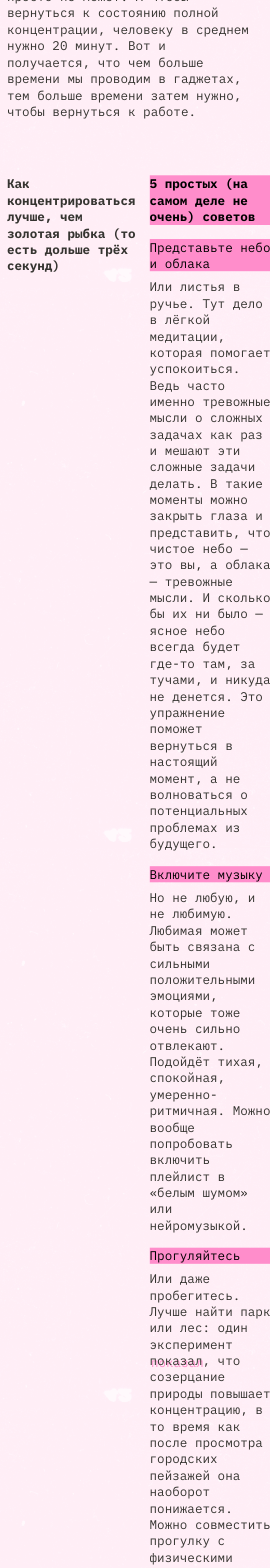
Repository: Hadoooouken/slozhno-sosredotochitsya
Page: index.html
The author's editor kept a copy of each file at every save. The page is drawn from the files as they stood at one save, then again after a run of saves.
The browser window is 375 px wide. The page is 386 px wide, then 375 px, then 386 px, so the pictures cover 386 px, including what lies to the right of the window. The pictures show the part of the page from y = 2789 to 5029 px (the page is 7621 px tall before and 6053 px after), at 70% of full size.
Backgrounds fixed to the window are drawn as part of the page.

Above is the page before, as saved 2024-01-24 21:51:24.

### index.html
<!DOCTYPE html>
<html lang="ru">
  <head>
    <meta charset="UTF-8" />
    <meta http-equiv="X-UA-Compatible" content="IE=edge" />
    <meta name="viewport" content="width=device-width, initial-scale=1.0" />
    <meta name="color-scheme" content="dark light" />
    <link rel="icon" href="images/favicon.svg" sizes="any" />
    <link rel="stylesheet" href="fonts/fonts.css" />
    <link rel="stylesheet" href="styles/globals.css" />
    <link rel="stylesheet" href="./styles/variables.css" />
    <link rel="stylesheet" href="scripts/script.js" />
    <link rel="stylesheet" href="./styles/style.css" />
    <link rel="stylesheet" href="./styles/dark.css" />
    <link rel="stylesheet" href="./styles/light.css" />
    <title>Сложно сосредоточиться</title>
  </head>
  <body class="page">
    <header class="header decorated-zone">
      <div class="decoration-element" aria-hidden="true"></div>
      <nav class="header__theme-menu">
        <ul class="header__theme-menu-list">
          <li class="header__theme-menu-item">
            <button
              class="header__theme-menu-button header__theme-menu-button_type_light"
            >
              День
            </button>
          </li>
          <li class="header__theme-menu-item">
            <button
              class="header__theme-menu-button header__theme-menu-button_active header__theme-menu-button_type_auto"
              disabled
            >
              Авто
            </button>
          </li>
          <li class="header__theme-menu-item">
            <button
              class="header__theme-menu-button header__theme-menu-button_type_dark"
            >
              Неон
            </button>
          </li>
        </ul>
      </nav>
      <h1 class="header__title">no focus</h1>
      <div class="header__text title_decor">
        <p>
          Что делать, когда не можешь делать ничего Или&nbsp;почему нам так
          сложно сконцентрироваться, особенно когда очень надо
        </p>
      </div>
    </header>
    <main class="main">
      <section class="section">
        <article class="focus__block">
          <h2 class="section__title">Почему сосредоточиться так сложно</h2>

          <div>
            <h2 class="section__sub-title title_decor">Многозадачность</h2>
            <p class="section__text">
              Особенно сложно сосредоточиться, когда задач много и все они —
              важные. Где же легендарная многозадачность, когда она так нужна
              вам (и всем нанимающим менеджерам этого мира)? А дело в том, что
              её просто не существует. Исследователи
              <a
                class="text__link"
                href="https://dana.org/article/multicosts-of-multitasking/"
                target="_blank"
                >выяснили</a
              >, что мозгу тяжело концентрироваться даже на двух делах
              одновременно. А когда в поле внимания попадает несколько важных
              задач, организм паникует и выделяет кортизол и адреналин —
              «гормоны стресса». Из-за этого мы работаем невнимательно:
              ошибаемся и быстро устаём.
            </p>
            <h2 class="section__sub-title title_decor">Дофамин</h2>
            <p class="section__text">
              С гормонами стресса всё понятно, но дальше — ещё интереснее. В
              нашей невозможности сосредоточиться замешана и полная
              противоположность стрессу — дофамин. Это вещество участвует в
              системе вознаграждения мозга. Причём тут он? Мы часто отвлекаемся
              от важной задачи на что-то более «приятное» для мозгов. Например,
              смотрим лайки в соцсетях. В это время и выделяется дофамин — и мы
              чувствуем удовольствие. Получается замкнутый круг: чем больше
              отвлекаешься, тем больше удовольствия получаешь.
            </p>
          </div>
        </article>
      </section>
      <section class="section">
        <article class="concentration__block">
          <div class="concentration">
            <h2 class="section__title">Что снижает концентрацию внимания?</h2>
          </div>

          <div class="multitasking">
            <h2 class="section__sub-title title_decor">Многозадачность</h2>
            <p class="section__text">
              Как концентрация может снижаться из-за… концентрации? Любая
              стрессовая ситуация (и резко меняющийся мир в целом) заставляет
              наш мозг постоянно «сканировать» окружающую среду на предмет
              опасности. Например, читать новости вместо работы. Но быть
              собранными всё время — невозможно. Концентрация — мышца, и она
              может не выдержать, если не давать ей отдохнуть.
            </p>
          </div>
          <div class="eat">
            <h2 class="section__sub-title title_decor">Еда</h2>
            <p class="section__text">
              «Быстрые углеводы» — сахар, белый хлеб, сладости — молниеносно
              доставляют в мозг энергию и помогают ему лучше работать. Но уходит
              эта энергия также быстро, как и приходит. А мы в результате
              попадаем на «углеводные качели»: как только действие «быстрых
              углеводов» заканчивается, мы чувствуем усталость и сонливость. И
              хотим ещё больше быстрых углеводов.
            </p>
          </div>
          <div class="gadgets">
            <h2 class="section__sub-title title_decor">Гаджеты</h2>
            <p class="section__text">
              Да-да, это та самая ситуация, когда на экране ноутбука — код, в
              наушниках — подкаст, а на компьютере фоном — ещё и видео с
              забавными утятами. В результате мозг пытается переключиться с
              одной задачи на другую — и просто не может. А чтобы вернуться к
              состоянию полной концентрации, человеку в среднем нужно 20 минут.
              Вот и получается, что чем больше времени мы проводим в гаджетах,
              тем больше времени затем нужно, чтобы вернуться к работе.
            </p>
          </div>
        </article>
      </section>
      <section class="section">
        <article class="how__block">
          <h2 class="section__title">
            Как концентрироваться лучше, чем золотая рыбка (то есть дольше трёх
            секунд)
          </h2>
          <div>
            <h2 class="concentration__title title_decor">
              5 простых (на самом деле не очень) советов
            </h2>
            <h2 class="concentration__sub-title title_decor">
              Представьте небо и облака
            </h2>
            <p class="concentration__text">
              Или листья в ручье. Тут дело в лёгкой медитации, которая помогает
              успокоиться. Ведь часто именно тревожные мысли о сложных задачах
              как раз и мешают эти сложные задачи делать. В такие моменты можно
              закрыть глаза и представить, что чистое небо — это вы, а облака —
              тревожные мысли. И сколько бы их ни было — ясное небо всегда будет
              где-то там, за тучами, и никуда не денется. Это упражнение поможет
              вернуться в настоящий момент, а не волноваться о потенциальных
              проблемах из будущего.
            </p>
            <h2 class="concentration__sub-title title_decor">
              Включите музыку
            </h2>
            <p class="concentration__text">
              Но не любую, и не любимую. Любимая может быть связана с сильными
              положительными эмоциями, которые тоже очень сильно отвлекают.
              Подойдёт тихая, спокойная, умеренно-ритмичная. Можно вообще
              попробовать включить плейлист в «белым шумом» или нейромузыкой.
            </p>
            <h2 class="concentration__sub-title title_decor">Прогуляйтесь</h2>
            <p class="concentration__text">
              Или даже пробегитесь. Лучше найти парк или лес: один эксперимент
              <a
                class="text__link"
                href="https://www.sciencedirect.com/science/article/abs/pii/S0272494415000328"
                target="_blank"
                >показал</a
              >, что созерцание природы повышает концентрацию, в то время как
              после просмотра городских пейзажей она наоборот понижается. Можно
              совместить прогулку с физическими упражнениями или бегом — так в
              мозг поступит ещё больше кислорода и он будет лучше работать. Но и
              простая двадцатиминутная прогулка — тоже отличный вариант.
            </p>
            <h2 class="concentration__sub-title title_decor">Хорошо ешьте</h2>
            <p class="concentration__text">
              Мы — не ваша бабушка, но это правда важно. Выбирайте продукты,
              которые препятствуют резким скачкам сахара в крови. Например, с
              высоким содержанием клетчатки: овощи, ягоды, бобовые (нут,
              чечевица, фасоль), коричневый рис, хлеб из цельнозерновой пшеницы.
            </p>
            <h2 class="concentration__sub-title title_decor">Читайте</h2>
            <p class="concentration__text">
              Настоящие бумажные книги. Это правда помогает с концентрацией:
              чтобы прочитать пост в соцсети, достаточно нескольких минут или
              даже секунд. А вот интересная книга способна затянуть и на
              несколько часов и круто тренирует направленное внимание.
            </p>
          </div>
        </article>
      </section>
      <section class="gallery__section section">
        <h2 class="gallery__title section__sub-title title_decor">
          А можно в картинках?
        </h2>
        <ul class="gallery__list">
          <li class="galery__list-item sunset">
            <img
              class="galery__img"
              loading="lazy"
              src="./images/sunset.png"
              alt="закат"
            />
          </li>
          <li class="galery__list-item ice-cream">
            <img
              class="galery__img"
              loading="lazy"
              src="./images/ice-cream.png"
              alt="мороженное"
            />
          </li>
          <li class="galery__list-item tape">
            <img
              class="galery__img"
              loading="lazy"
              src="./images/tape.png"
              alt="кассеты"
            />
          </li>
          <li class="galery__list-item books">
            <img
              class="galery__img"
              loading="lazy"
              src="./images/books.png"
              alt="книги"
            />
          </li>
          <li class="galery__list-item street">
            <img
              class="galery__img"
              loading="lazy"
              src="./images/street.png"
              alt="улица"
            />
          </li>
        </ul>
      </section>
    </main>
    <footer class="footer">
      <div class="decorated-zone"></div>
      <h2 class="footer__title">focus</h2>
    </footer>

    <script src="./scripts/script.js"></script>
  </body>
</html>

### styles/variables.css
:root {
  /*
  Переменные для вашего проекта
  и их переопределение под различные устройства
*/

  ---button-color: #ff0070;
  --decoration-element: #ff0070;
  --background-image: url(/images/cover-image-dark.png);
  --hover-color: rgb(255 0 112 / 0.4);
  --main-font: "IBM Plex mono" sans-serif;
  --focus-color: #ff0070;
  --main-title: #DB00FF;
  --sub-title-color: #000028;
  --backgroundg-sub-title: #FF0070;
  --title-color: #ff0070;
  --text-color: #f1b2ce;
  --bg-color: #000028;
  --link-color: #ff0070;
  --link-status:#F1B2CE;
  --shadow-color:#ff0070;


}

### scripts/script.js
const themeButtons = document.querySelectorAll('.header__theme-menu-button');

themeButtons.forEach((button) => {
  button.addEventListener('click', () => {
    themeButtons.forEach((btn) => {
      btn.classList.remove('header__theme-menu-button_active');
      btn.removeAttribute('disabled');
    });
    if (
      [...button.classList].includes('header__theme-menu-button_type_light')
    ) {
      changeTheme('light');
    } else if (
      [...button.classList].includes('header__theme-menu-button_type_dark')
    ) {
      changeTheme('dark');
    } else {
      changeTheme('auto');
    }
    button.classList.add('header__theme-menu-button_active');
    button.setAttribute('disabled', true);
  });
});

function changeTheme(theme) {
  document.body.className = 'page';
  document.body.classList.add(`theme_${theme}`);
  localStorage.setItem('theme', theme);
}

function initTheme() {
  const theme = localStorage.getItem('theme');
  if (theme) {
    changeTheme(theme);
    themeButtons.forEach((btn) => {
      btn.classList.remove('header__theme-menu-button_active');
      btn.removeAttribute('disabled');
    });
    document
      .querySelector(`.header__theme-menu-button_type_${theme}`)
      .classList.add('header__theme-menu-button_active');
    document
      .querySelector(`.header__theme-menu-button_type_${theme}`)
      .setAttribute('disabled', true);
  }
}

initTheme();

### styles/style.css
/* Основные стили проекта. Это стили для темы, которую вы верстаете первой. */

.page {
  /* сохраните в разметке и стилях класс page. На его основе работает скрипт. */

  background-color: var(--bg-color);
  background-image: var(--background-image);
  background-attachment: fixed;
  background-position: center;
  background-size: cover;
  font-family: "IBM Plex mono";
  font-size: 18px;
}
.section {
  padding: 0px 20px;
}

.header {
  position: relative;
  block-size: 100vh;
  min-block-size: 375px;
  padding: 20px;
  display: grid;
  grid-template-rows: 1fr min-content 1fr;
  justify-items: start;
}

.decorated-zone::before {
  content: "";
  position: absolute;
  border-block-start: 1px solid var(--decoration-element);
  border-inline-end: 1px solid var(--decoration-element);
  right: 20px;
  top: 20px;
  width: 25px;
  height: 25px;
}

.decorated-zone::after {
  content: "";
  position: absolute;
  border-block-end: 1px solid var(--decoration-element);
  border-inline-start: 1px solid var(--decoration-element);
  left: 20px;
  bottom: 20px;
  width: 25px;
  height: 25px;
}
.decoration-element {
  position: absolute;
  right: 48px;
  top: 21px;
}

.decoration-element::before {
  content: "REC";
  color: var(--decoration-element);
  font-family: inherit;
  display: inline-block;
}

.decoration-element::after {
  content: "";
  background-color: var(--decoration-element);
  width: 9px;
  height: 9px;
  border-radius: 50%;
  display: inline-block;
  box-shadow: 0px 0px 4px 2px var(--decoration-element);
  top: 6px;
  left: 42px;
  position: absolute;
}

.header__title {
  font-family: var(--main-font);
  font-size: clamp(7.5rem, 0.5625rem + 14.4531vw, 9.8125rem);
  color: var(--main-title);
  line-height: 82.5%;
  text-shadow: 4px 4px 0 var(--shadow-color);
  margin-inline-start: -20px;
}

.header__theme-menu {
  justify-self: center;
}

.header__text {
  font-size: 18px;
  justify-self: end;
  max-width: 491px;
  align-self: center;
  font-weight: 700;
  color: var(--sub-title-color);
  line-height: 23.4px;
}

.title_decor {
  background-color: var(--backgroundg-sub-title);
}

.header__theme-menu-list {
  display: flex;
  justify-content: center;
  gap: 10px;
}

.header__theme-menu-button {
  background-color: transparent;
  color: var(--button-color);
  border: none;
  text-transform: lowercase;
  line-height: 18px;
  padding: 2px 13px;
  cursor: pointer;
}

.header__theme-menu-button:focus {
  outline: none;
}

.header__theme-menu-button:focus-visible {
  text-decoration: underline;
  outline: none;
  color: var(--focus-color);
}

.header__theme-menu-button:hover {
  outline: 1px solid var(--hover-color);
}

.header__theme-menu-button_active {
  pointer-events: none;
  outline: 1px solid var(--button-color);
}

.main {
  padding-top: 60px;
}

.focus__block {
  display: grid;
  grid-template-columns: 1fr 2fr;
  gap: 10px;
}

.section__title {
  font-weight: 700;
  color: var(--title-color);
  font-size: inherit;
  line-height: 23.4px;
}

.section__sub-title {
  font-size: inherit;
  line-height: 23.4px;
  margin-block-end: 10px;
  font-weight: 700;
}

.section__text {
  font-size: inherit;
  line-height: 23.4px;
  color: var(--text-color);
  font-weight: 400;
  margin-block-end: 20px;
}
.section__text:last-child {
  margin-block-end: 0px;
}

.text__link {
  text-decoration: none;
  cursor: pointer;
  text-shadow: 2px 2px 0 var(--link-color);
}

.text__link:hover {
  border-bottom: 1px solid var(--link-status);
}

.text__link:focus {
  outline: none;
}

.text__link:focus-visible {
  outline: 1px solid var(--link-status);
  outline-offset: 0px;
}

.concentration__block {
  padding-top: 80px;
  display: grid;
  grid-template-columns: repeat(3, 1fr);
  grid-template-rows: repeat(2, min-content);
  grid-column-gap: 20px;
  grid-row-gap: 20px;
  grid-template-areas:
    "concentration . ."
    "multitasking eat gadgets";
}

.concentration {
  grid-area: concentration;
}

.multitasking {
  grid-area: multitasking;
}
.eat {
  grid-area: eat;
}

.gadgets {
  grid-area: gadgets;
}

.how__block {
  padding-top: 80px;
  display: grid;
  grid-template-columns: 1fr 2fr;
  grid-column-gap: 10px;
}

.concentration__title {
  font-size: inherit;
  line-height: 23.4px;
  margin-block-end: 20px;
  font-weight: 700;
}

.concentration__sub-title {
  font-weight: 400;
  font-size: inherit;
  line-height: 23.4px;
  margin-block-end: 10px;
}

.concentration__text {
  font-size: inherit;
  line-height: 23.4px;
  color: var(--text-color);
  font-weight: 400;
  margin-block-end: 20px;
}

.concentration__text:last-child {
  margin-block-end: 0px;
}

.gallery__section {
  padding-top: 80px;
}

.gallery__list {
  margin-block-start: 20px;
  margin-block-end: 60px;
  display: grid;
  grid-template-columns: repeat(3, 1fr);
  grid-template-rows: 260px 315px 428px;
  grid-column-gap: 20px;
  grid-row-gap: 22px;
  grid-template-areas:
    "sunset sunset ice-cream"
    "tape books ice-cream"
    "tape street street";
}

.galery__img {
  block-size: 100%;
  object-fit: cover;
  object-position: center;
  inline-size: 100%;
}

.sunset {
  grid-area: sunset;
}
.ice-cream {
  grid-area: ice-cream;
}
.tape {
  grid-area: tape;
}
.books {
  grid-area: books;
}
.street {
  grid-area: street;
}

.footer {
  display: flex;
  justify-content: center;
  align-items: center;
  block-size: 100vh;
  min-block-size: 375px;
  padding: 20px;
  position: relative;
}

.footer__title {
  font-family: var(--main-font);
  font-size: clamp(7.5rem, 0.5625rem + 14.4531vw, 9.8125rem);
  color: var(--main-title);
  line-height: 82.5%;
  text-shadow: 2px 2px 0px var(--shadow-color);
}

@media (max-width: 768px) {
  .header__theme-menu-list {
    display: flex;
    flex-direction: column;
  }
  .header__theme-menu {
    justify-self: end;
    align-self: center;
    display: block;
  }
  .header__theme-menu-button {
    padding: 4px 13px;
  }
  .header__text {
    max-width: 364px;
    justify-items: center; /*хз что тут*/
  }
  .focus__block {
    gap: 20px;
  }
  .section__title {
    max-width: 236px;
  }
  .concentration__block {
    grid-template-columns: none;

    grid-template-areas:
      "concentration"
      "multitasking"
      "eat"
      "gadgets";
  }
  .how__block {
    grid-column-gap: 20px;
  }
  .gallery__list {
    grid-template-rows: auto;
    grid-row-gap: 15px;
    grid-column-gap: 23px;
  }
}

@media (max-width: 375px) {
  .header {
    padding: 10px;
  }

  .decorated-zone::before {
    right: 11px;
    top: 11px;
  }
  .section {
    padding: 0 10px;
  }

  .decorated-zone::after {
    left: 11px;
    bottom: 11px;
  }

  .decoration-element {
    right: 38px;
    top: 12px;
  }

  .header__title {
    margin: 0;
  }
  .header__theme-menu-button {
    padding: 4px 18px;
  }

  .header__theme-menu-button:hover {
    outline-offset: -1px;
  }

  .header__theme-menu-button_active {
    outline-offset: -1px;
  }

  .header__text {
    max-width: 355px;
    justify-items: start; /*хз что тут*/
  }
  .main {
    padding-top: 40px;
  }
  .focus__block {
    display: grid;
    grid-template-rows: 1fr;
    grid-template-columns: 355px;
  }
  .section__title {
    max-width: 355px;
  }

  .concentration__block {
    padding-top: 50px
  }

  .how__block {

  }
}

### styles/dark.css
/*
  Специально для тёмной темы при наличии класса,
  здесь окажутся стили, которые нужно переопределить принудительно,
  переключая тему
*/

.page.theme_dark {
  /* сохраните этот селектор в приведённом виде.
    Так стили написанные ниже будут иметь больший вес,
    чем стили в медиазапросе предпочтений пользователя
  */
  --button-color: #ff0070;
  --decoration-element: #ff0070;
  --background-image: url(/images/cover-image-dark.png);
  --hover-color: rgb(255 0 112 / 0.4);
  --main-font: "IBM Plex mono" sans-serif;
  --focus-color: #ff0070;
  --main-title: #DB00FF;
  --sub-title-color: #000028;
  --backgroundg-sub-title: #FF0070;
  --title-color: #ff0070;
  --text-color: #f1b2ce;
  --bg-color: #000028;
  --link-color: #ff0070;
  --link-status:#F1B2CE;
  --shadow-color:#ff0070;

}

### styles/light.css
/*
  Специально для светлой темы при наличии класса.
  Здесь окажутся стили, которые нужно переопределить принудительно,
  переключая тему
*/

.page.theme_light {
  /* сохраните этот селектор в приведённом виде.
    Так стили написанные ниже будут иметь больший вес,
    чем стили в медиазапросе предпочтений пользователя
  */
  --button-color: #353430;
  --decoration-element: #353430;
  --background-image: url(/images/cover-image-light.png);
  --hover-color: rgb(50 49 45 / 0.4);
  --main-font: "IBM Plex mono" sans-serif;
  --focus-color: #353430;
  --main-title: #ffc2e6;
  --sub-title-color: #353430;
  --backgroundg-sub-title: #ff8dcb;
  --title-color: #353430;
  --text-color: #353430;
  --bg-color: #fff1f7;
  --link-color: #ff8dcb;
  --link-status: #353430;
  --shadow-color: #ff0070;
}

@media (prefers-color-scheme: light) {
  :root {
    --button-color: #353430;
    --decoration-element: #353430;
    --background-image: url(/images/cover-image-light.png);
    --hover-color: rgb(50 49 45 / 0.4);
    --main-font: "IBM Plex mono" sans-serif;
    --focus-color: #353430;
    --main-title: #ffc2e6;
    --sub-title-color: #353430;
    --backgroundg-sub-title: #ff8dcb;
    --title-color: #353430;
    --text-color: #353430;
    --bg-color: #fff1f7;
    --link-color: #ff8dcb;
    --link-status: #353430;
    --shadow-color: #ff0070;
  }
  .theme_light .decoration-element {
    display: none;
  }
}

.theme_auto .decoration-element {
  display: none;
}

Loaded but not shown: fonts/fonts.css (common file); styles/globals.css (common file)

After the next 2 saves:
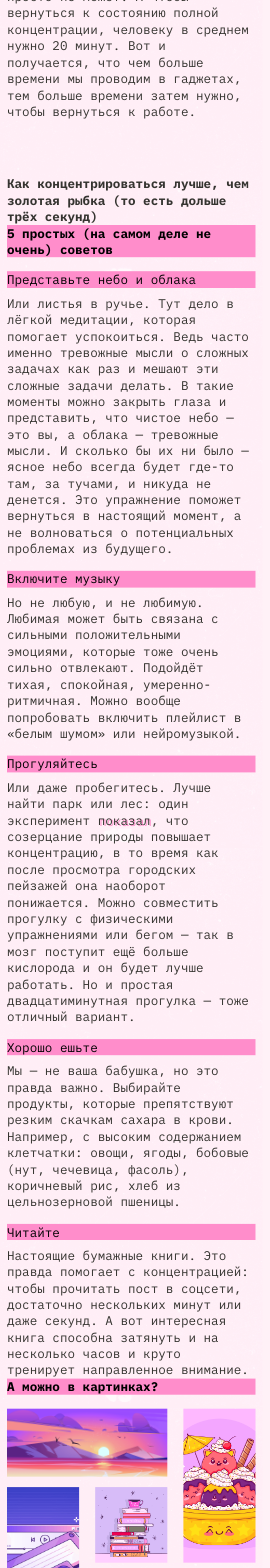
The 2 saves are shown as one change because they came seconds apart.
The last was saved 83 s later.
--- a/styles/style.css
+++ b/styles/style.css
@@ -408,6 +408,6 @@
   }
 
   .how__block {
-
-  }
-}
+    display: block;
+  }
+}

After the save that followed:
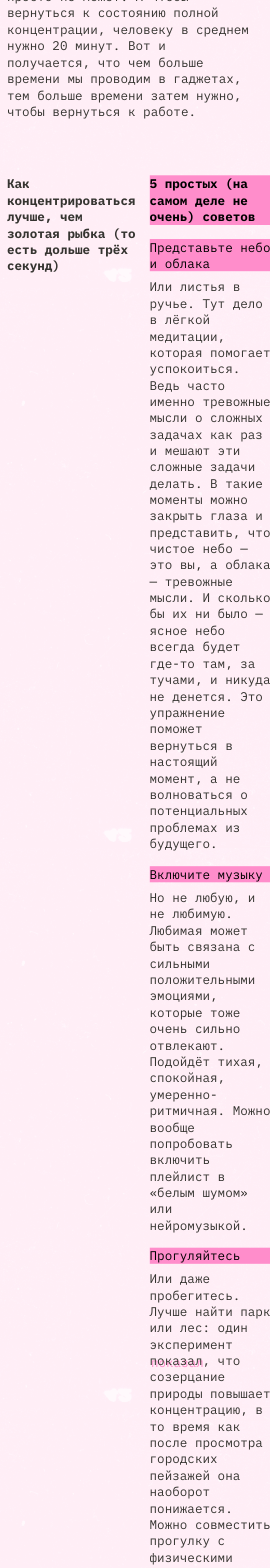
Saved 19 s later.
--- a/styles/style.css
+++ b/styles/style.css
@@ -408,6 +408,6 @@
   }
 
   .how__block {
-    display: block;
-  }
-}
+    d
+  }
+}
